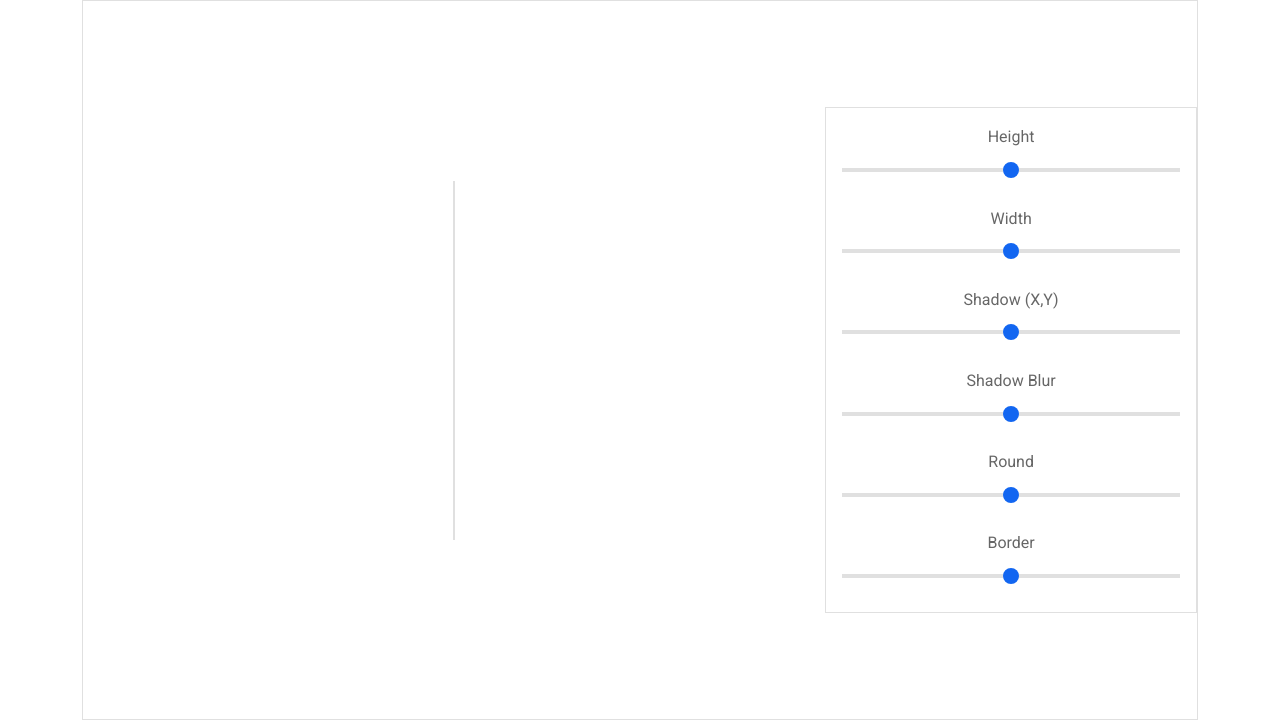
Repository: USaditya98/card-generator
Page: index.html
These files come from the project's save history. The page is drawn as it stood at one moment and after the next save; the edit follows.
The browser window is 1280 px wide. The pictures show the whole page.

Above is the page before, as saved 2021-10-20 12:23:38.

### index.html
<!DOCTYPE html>
<html lang="en">
  <head>
    <meta charset="UTF-8" />
    <meta name="viewport" content="width=device-width, initial-scale=1, shrink-to-fit=no" />
    <meta http-equiv="x-ua-compatible" content="ie=edge" />
    <title>Material Design for Bootstrap</title>
    <!-- MDB icon -->
    <link rel="icon" href="img/mdb-favicon.ico" type="image/x-icon" />
    <!-- Font Awesome -->
    <link rel="stylesheet" href="https://use.fontawesome.com/releases/v5.15.2/css/all.css" />
    <!-- Google Fonts Roboto -->
    <link
      rel="stylesheet"
      href="https://fonts.googleapis.com/css2?family=Roboto:wght@300;400;500;700;900&display=swap"
    />
    <!-- MDB -->
    <link rel="stylesheet" href="css/mdb.min.css" />
  </head>
  <body>
    <!-- Start your project here-->
    <div class="container">
      <div class="d-flex justify-content-between align-items-center text-center border" style="height: 100vh;">
            <div class="d-flex justify-content-center w-100 h-50" >
                <div class="text-center border " id="create">
                </div>
            </div>
            <div class="border w-50 ">
            <div class="m-3">
                <label class="form-label" for="height">Height</label>
                <div class="range">
                <input type="range" class="form-range" id="height" min="0" max="500" step="10" onchange="changeHeight(this.value)"/>
                </div>
            </div>
            <div class="m-3">
                <label class="form-label" for="width">Width</label>
                <div class="range">
                <input type="range" class="form-range" id="width" min="0" max="500" step="10" onchange="changeWidth(this.value)" />
                </div>
            </div>
            <div class="m-3">
                <label class="form-label" for="shadow">Shadow (X,Y)</label>
                <div class="range">
                <input type="range" class="form-range" id="shadow" min="0" max="50" step="0.5" onchange="changeShadowXY(this.value)"/>
                </div>
            </div>
            <div class="m-3">
                <label class="form-label" for="shadowBlur">Shadow Blur</label>
                <div class="range">
                <input type="range" class="form-range" id="shadowBlur" min="0" max="50" step="1" onchange="changeShadowBlur(this.value)" />
                </div>
            </div>
            <!-- <div class="m-3">
                <label class="form-label" for="shadowColor">Shadow Color</label>
                <div class="shadowColor">
                <input type="color" class=" " id="shadowColor"  onchange="changeShadowColor(this.value)"/>
                </div>
            </div> -->
            <div class="m-3">
                <label class="form-label" for="radius">Round</label>
                <div class="range">
                <input type="range" class="form-range" id="radius" onchange="changeRadius(this.value)"/>
                </div>
            </div>
            <div class="m-3">
                <label class="form-label" for="border">Border</label>
                <div class="range">
                <input type="range" class="form-range" id="border" onchange="myFunction(this.value)" />
                </div>
            </div>
            </div>
      </div>
    </div>
    <!-- End your project here-->

    <!-- MDB -->
    <script type="text/javascript" src="js/mdb.min.js"></script>
    <!-- Custom scripts -->
    <script type="text/javascript">
        function changeHeight(val) {
            document.getElementById('create').style.height = val + 'px';
        }
        function changeWidth(val) {
            document.getElementById('create').style.width = val + 'px';
        }


        function changeShadowXY(val) {
          const shadowXY = document.getElementById('shadowBlur').value;

          document.getElementById('create').style.boxShadow = val + 'px' + ' ' + val + 'px' + ' ' + shadowXY + 'px' + ' ' +'0px' + ' ' +'lightgray';
        }
        function changeShadowBlur(val) {
            document.getElementById('create').style.boxShadow = '0px' + ' ' +'0px' + ' ' + val + 'px' + ' ' +'0px' + ' ' +'lightgray';

        }


        function changeRadius(val) {
            document.getElementById('create').style.borderRadius  = val + '%' ;
        }

    </script>
  </body>
</html>

Loaded but not shown: css/mdb.min.css (library); js/mdb.min.js (library)

After the next save:
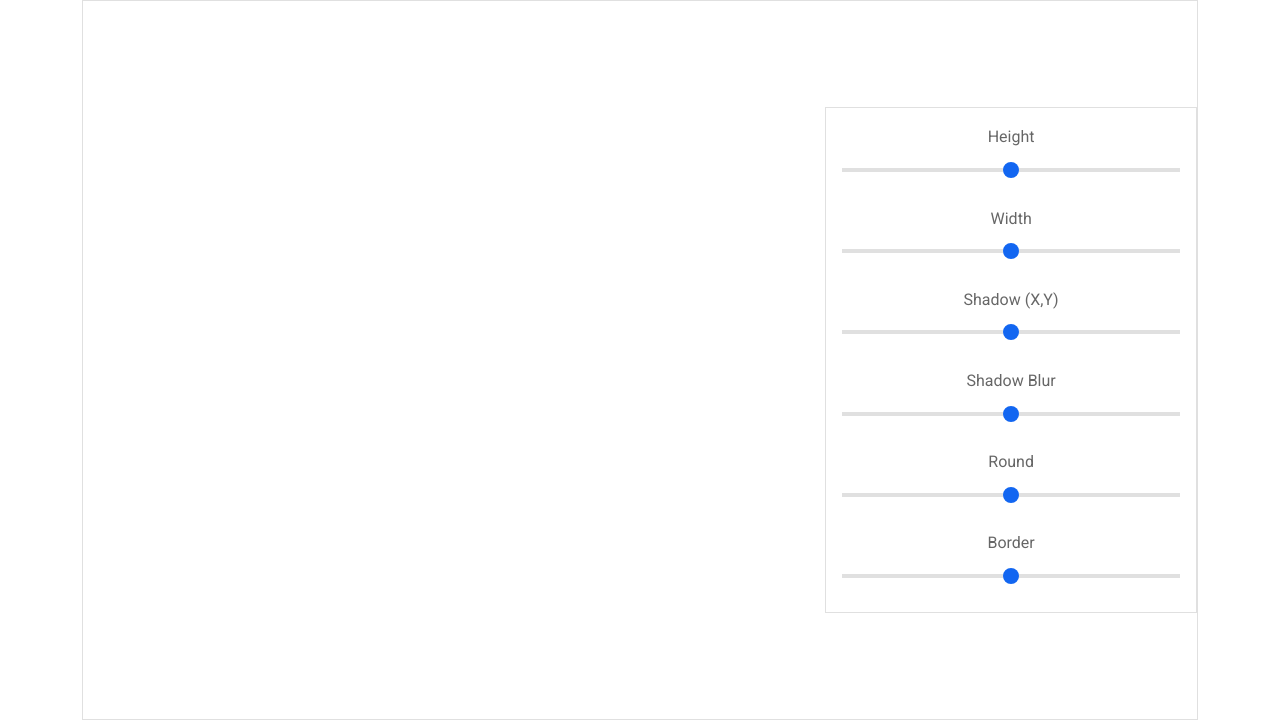
Saved 90 s later.
--- a/index.html
+++ b/index.html
@@ -22,7 +22,7 @@
     <div class="container">
       <div class="d-flex justify-content-between align-items-center text-center border" style="height: 100vh;">
             <div class="d-flex justify-content-center w-100 h-50" >
-                <div class="text-center border " id="create">
+                <div class="text-center  " id="create">
                 </div>
             </div>
             <div class="border w-50 ">
